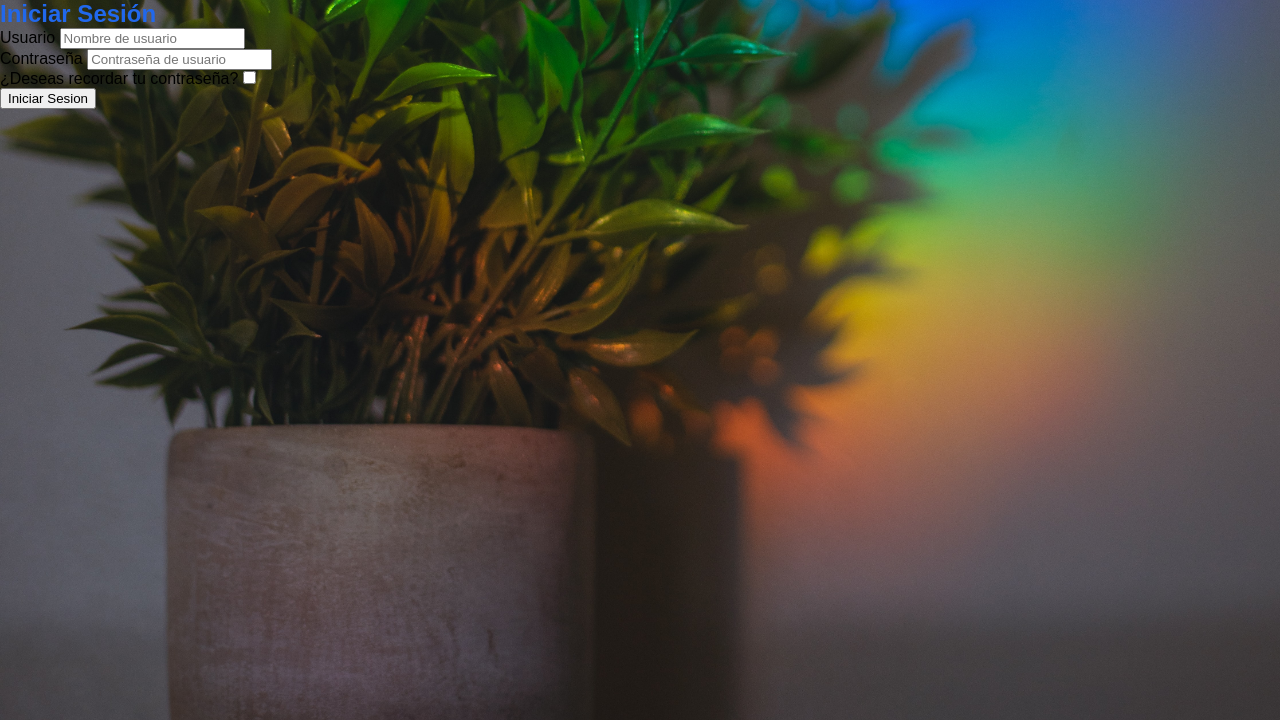
Repository: TzMichaelYT/ModuloHTMLCSS
Page: formularioHTML/index.html
These files come from the project's save history. The page is drawn as it stood at one moment and after the next save; the edit follows.
The browser window is 1280 px wide. The pictures show the whole page.

Above is the page before, as saved 2021-07-14 19:39:29.

After the next save:
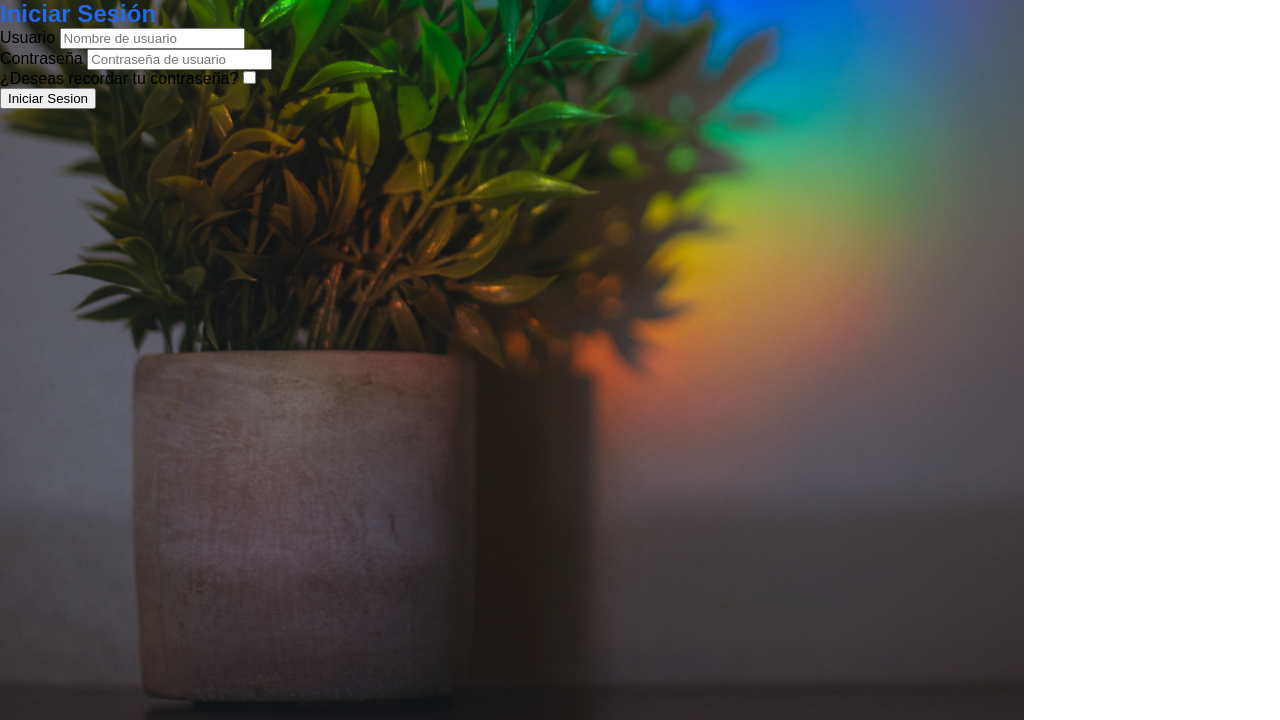
Saved 9 min 35 s later.
--- a/formularioHTML/styles/styles.css
+++ b/formularioHTML/styles/styles.css
@@ -12,7 +12,7 @@
 /* Imagen de fondo */
 .bg-matica {
     background-image: url('../img/matica.jpg');
-    background-size: 100%;
+    background-size: 80%;
     background-repeat: no-repeat;
     background-position-y: 50%;
 }

After the save that followed:
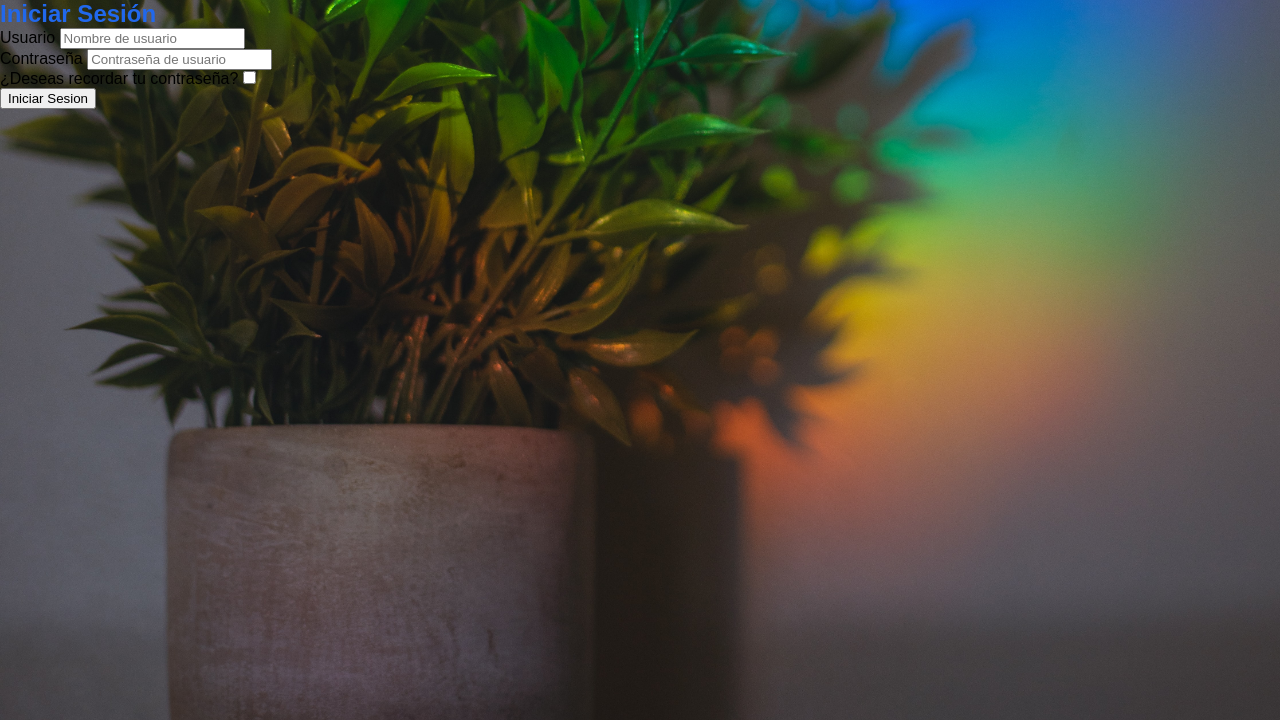
Saved 88 s later.
--- a/formularioHTML/styles/styles.css
+++ b/formularioHTML/styles/styles.css
@@ -12,7 +12,7 @@
 /* Imagen de fondo */
 .bg-matica {
     background-image: url('../img/matica.jpg');
-    background-size: 80%;
+    background-size: cover;
     background-repeat: no-repeat;
     background-position-y: 50%;
 }
